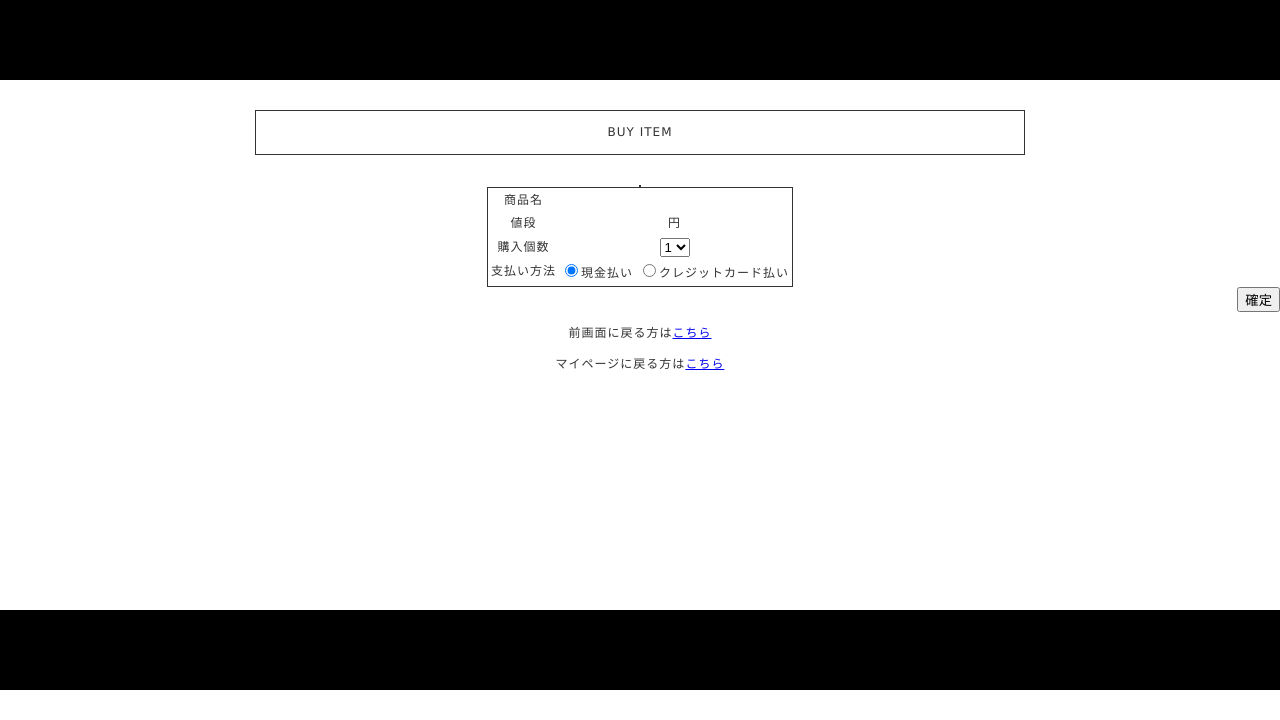
Repository: kf3225/backup
Page: http://localhost/ecsite/buyItem.jsp
The author's editor kept a copy of each file at every save. The page is drawn from the files as they stood at one save, then again after the next save.
The browser window is 1280 px wide. The pictures show the whole page.
The page is served by Tomcat 9. Other server files are loaded and not shown.

Above is the page before, as saved 2018-01-26 08:44:57.

### ecsite/WebContent/buyItem.jsp
<%@ page language="java" contentType="text/html; charset=UTF-8"
    pageEncoding="UTF-8"%>
<%@ taglib prefix="s" uri="/struts-tags" %>
<!DOCTYPE html PUBLIC "-//W3C//DTD HTML 4.01 Transitional//EN" "http://www.w3.org/TR/html4/loose.dtd">
<html>
<head>
<meta http-equiv="Content-Type" content="text/html; charset=UTF-8"/>
<meta http-equiv="Content-Style-Type" content="text/css"/>
<meta http-equiv="Content-Script-Type" content="javascript"/>
<meta http-equiv="imagetoolbar" content="no"/>
<meta name="description" content=""/>
<meta name="keywords" content=""/>

<style type="text/css">

/* ===== TAG LAYOUT ===== */
body {
	margin:0;
	padding:0;
	line-height:1.6;
	letter-spacing:1px;
	font-family:Verdana, Helvetica, sans-serif;
	font-size:12px;
	color:#333;
	background-color:#fff;
}

table {
	text-align:center;
	margin:0 auto;
	border:1px solid #333;
}

/* ===== ID LAYOUT ===== */
#top {
	width:60%;
	margin:30px auto;
	text-align:center;
	border:1px solid #333;
}

#header {
	width:100%;
	height:80px;
	background-color:black;
}

#main {
	width:100%;
	height:500px;
	background-color:#fff;
	text-align:center;
}

#footer {
	width:100%;
	height:80px;
	background-color:black;
	clear:both;
}

</style>

<title>BUY ITEM</title>
</head>
<body>
	<div id="header">
		<div id="pr"></div>
	</div>

	<div id="main">
		<div id="top"><p>BUY ITEM</p></div>
		<div>
			<s:form action="BuyItemAction">
			<table>
				<tr>
					<td><span>商品名</span></td>
					<td><s:property value="session.buyItem_name" /><br></td>
				</tr>
				<tr>
					<td><span>値段</span></td>
					<td><s:property value="session.buyItem_price" /><span>円</span></td>
				</tr>
				<tr>
					<td><span>購入個数</span></td>
					<td>
					<select name="count">
						<option value="1" selected="selected">1</option>
						<option value="2">2</option>
						<option value="3">3</option>
						<option value="4">4</option>
						<option value="5">5</option>
					</select>
					</td>
				</tr>
				<tr>
					<td><span>支払い方法</span></td>
					<td>
						<input type="radio" name="pay" value="1" checked="checked">現金払い
						<input type="radio" name="pay" value="2">クレジットカード払い
					</td>
				</tr>
			</table>
			<s:submit value="確定" />
			</s:form>
			<div>
				<p>前画面に戻る方は<a href='<s:url action="GoHomeAction" />'>こちら</a></p>
				<p>マイページに戻る方は<a href='<s:url action="MyPageAction" />'>こちら</a></p>
			</div>
		</div>
	</div>

	<div id="footer">
		<div id="pr"></div>
	</div>
</body>
</html>

After the next save:
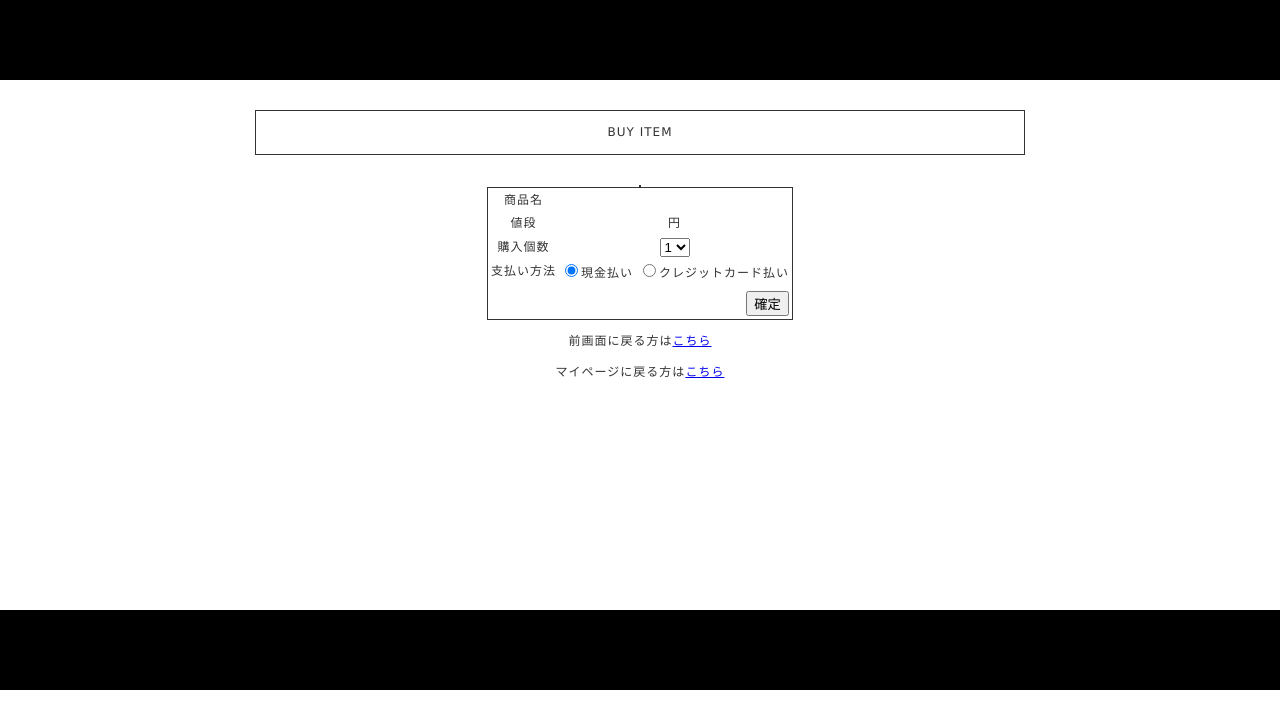
Saved 56 s later.
--- a/ecsite/WebContent/buyItem.jsp
+++ b/ecsite/WebContent/buyItem.jsp
@@ -100,8 +100,10 @@ table {
 						<input type="radio" name="pay" value="2">クレジットカード払い
 					</td>
 				</tr>
+				<tr>
+					<th><s:submit value="確定" /></th>
+				</tr>
 			</table>
-			<s:submit value="確定" />
 			</s:form>
 			<div>
 				<p>前画面に戻る方は<a href='<s:url action="GoHomeAction" />'>こちら</a></p>
